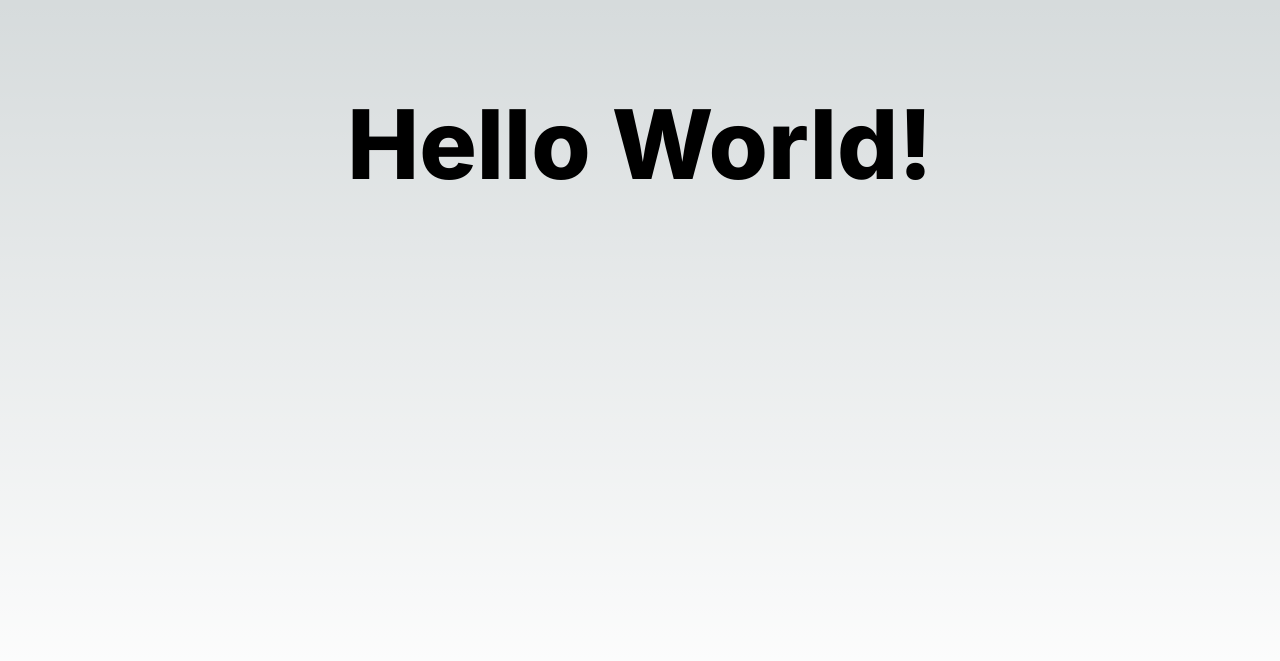
Repository: badhon252/Candidates-portal
Page: /
An editor plug-in stored every save of this project. The page is shown before and after the next save, followed by the edit.
The browser window is 1280 px wide. The pictures show the whole page.
The project was rebuilt for these pictures with package versions that can differ from the ones it lists, and the page was loaded fresh each time. The framework's server and built-in components were replaced by stand-ins that run in the browser. Also part of the build but not shown: next.config.js.

Above is the page before, as saved 2023-05-14 21:26:54.

### app/layout.tsx
import './globals.css';
import { Inter } from 'next/font/google';

const inter = Inter({ subsets: ['latin'] });

export const metadata = {
  title: 'Create Next App',
  description: 'Generated by create next app',
};

export default function RootLayout({
  children,
}: {
  children: React.ReactNode
}) {
  return (
    <html lang="en">
      <body className={inter.className}>{children}</body>
    </html>
  );
}

### app/page.tsx
export default function Home() {
  return (
    <main className="flex min-h-screen flex-col items-center justify-between p-24">
      <h1 className="text-8xl font-extrabold">Hello World!</h1>
    </main>
  );
}

Loaded but not shown: app/globals.css (common file); tailwind.config.js (common file)

After the next save:
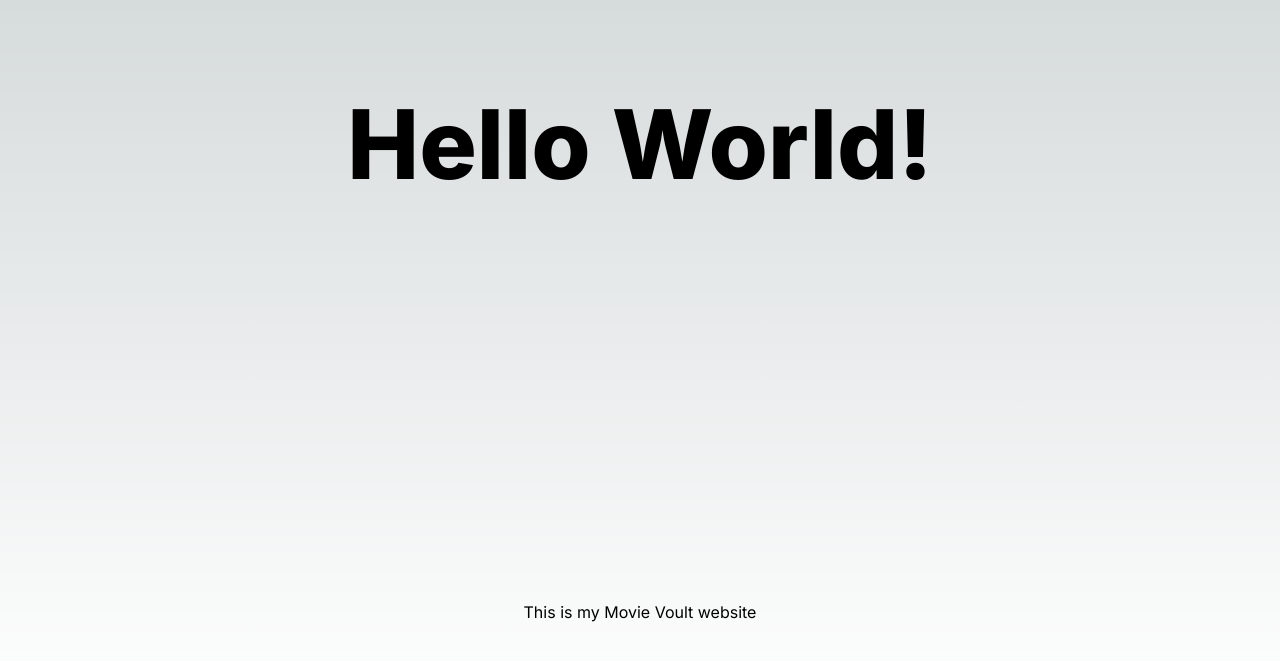
Saved 41 s later.
--- a/app/page.tsx
+++ b/app/page.tsx
@@ -2,6 +2,7 @@ export default function Home() {
   return (
     <main className="flex min-h-screen flex-col items-center justify-between p-24">
       <h1 className="text-8xl font-extrabold">Hello World!</h1>
+      <h2>This is my Movie Voult website</h2>
     </main>
   );
 }
